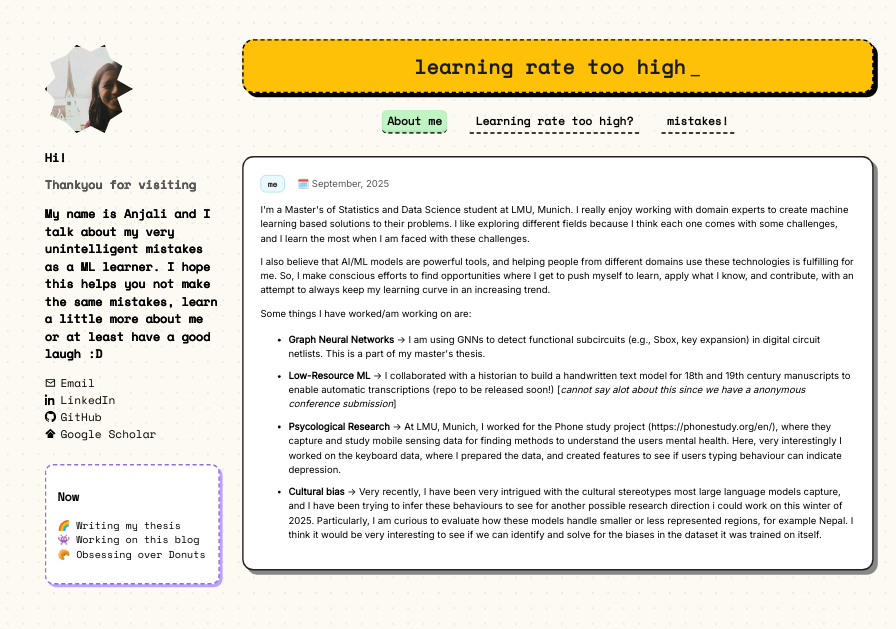
Repository: anjalisarawgi/learning_rate_too_high
Page: index.html
The author's editor kept a copy of each file at every save. The page is drawn from the files as they stood at one save, then again after the next save.
The browser window is 1280 px wide. The pictures show the part of the page from y = 0 to 1920 px (the page is 899 px tall before and 2677 px after), at 70% of full size.

Above is the page before, as saved 2025-11-03 10:04:48.

After the next save:
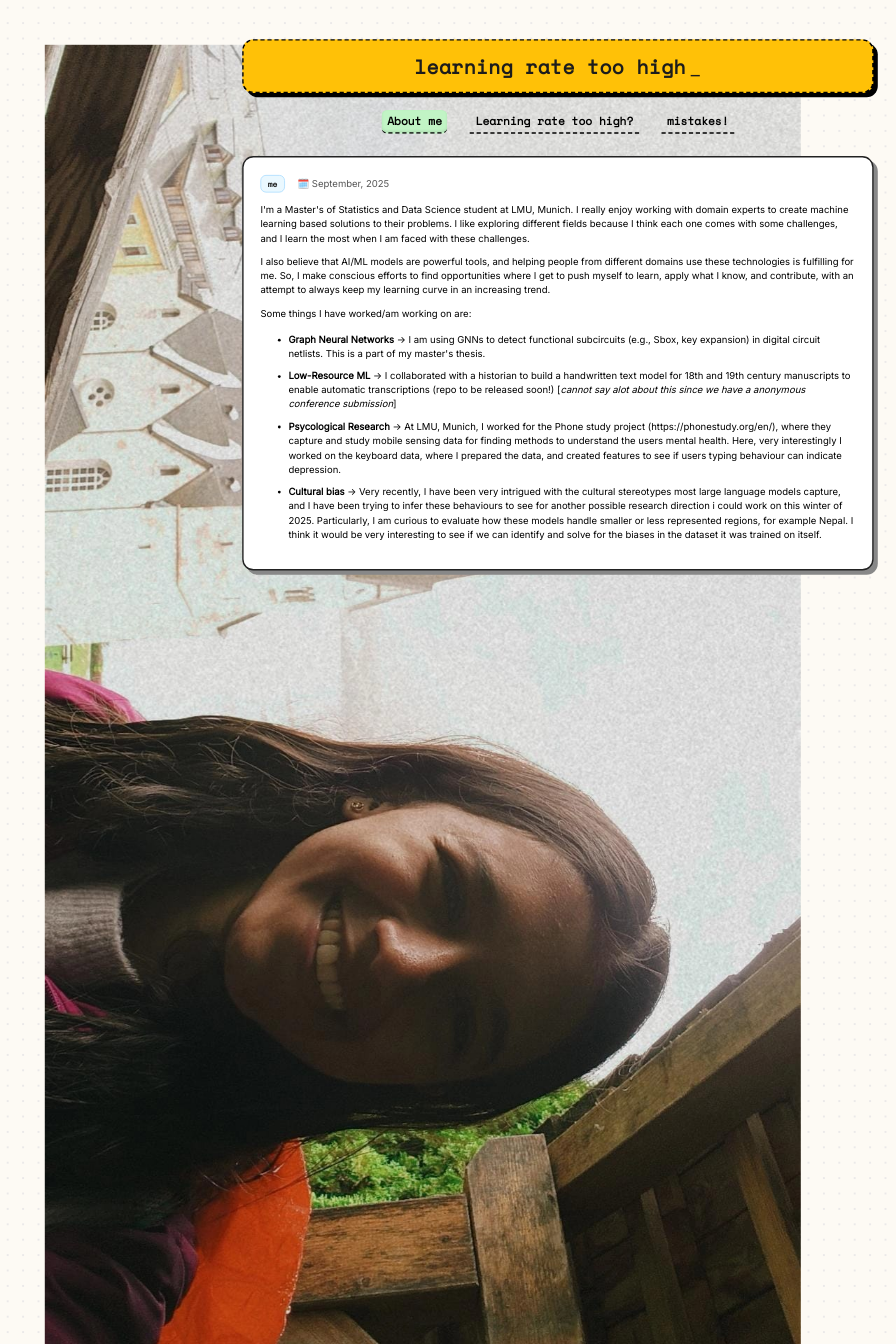
Saved 35 s later.
--- a/index.html
+++ b/index.html
@@ -151,23 +151,16 @@
       /* color: #111; */
       text-shadow: 0.1px 0.1px #111
     }
-    .cute-photo {
-      width: 120px;
-      height: 120px;
-      object-fit: cover;
-      margin-bottom: 1rem;
-      border: 3px solid #000;
-      box-shadow: 4px 4px 0 #bca2ff;
-      /* scalloped / starburst look */
-      clip-path: polygon(
-        50% 0%, 63% 12%, 80% 6%, 88% 24%, 100% 36%, 92% 52%,
-        100% 68%, 85% 74%, 76% 88%, 60% 82%, 50% 100%, 40% 82%,
-        24% 88%, 15% 74%, 0% 68%, 8% 52%, 0% 36%, 12% 24%,
-        20% 6%, 37% 12%
-      );
-      border-radius: 0; /* keep polygon edges visible */
-      transform: rotate(-90deg);
-    }
+    ..cute-photo {
+  width: 120px;
+  height: 120px;
+  object-fit: cover;
+  margin-bottom: 1rem;
+  border: 3px solid #000;
+  box-shadow: 4px 4px 0 #bca2ff;
+  /* soft symmetrical blob */
+  clip-path: path("M60,0 C76,6 86,14 96,28 C106,42 108,58 104,74 C100,90 90,104 74,112 C58,120 42,120 26,112 C10,104 0,90 0,74 C-4,58 -2,42 8,28 C18,14 44,-6 60,0 Z");
+}
     /* Make text inside .card paragraphs and lists use Inter instead of Space Mono */
 /* Card body text with smaller, cleaner font */
 .card p,

After the save that followed:
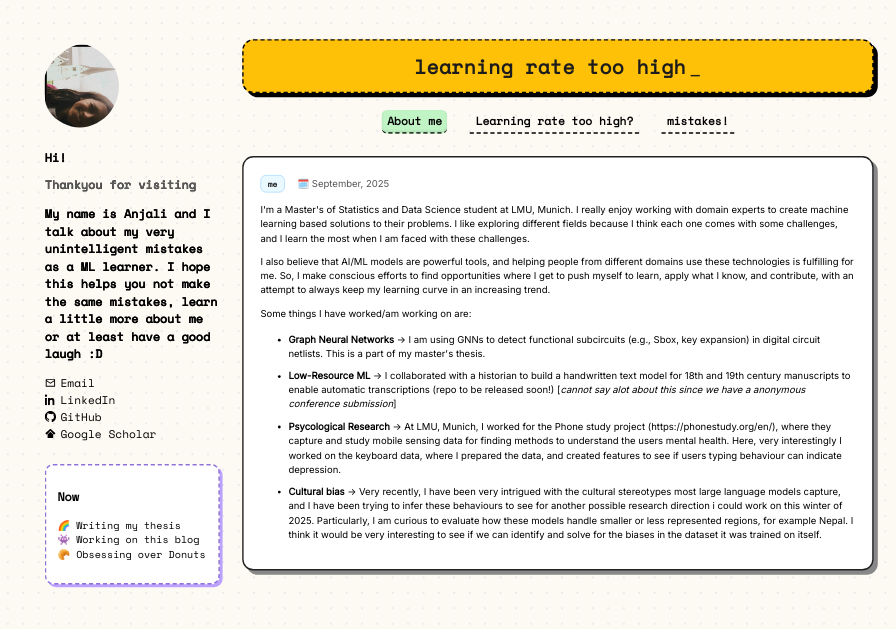
Saved 5 s later.
--- a/index.html
+++ b/index.html
@@ -151,7 +151,7 @@
       /* color: #111; */
       text-shadow: 0.1px 0.1px #111
     }
-    ..cute-photo {
+    .cute-photo {
   width: 120px;
   height: 120px;
   object-fit: cover;
